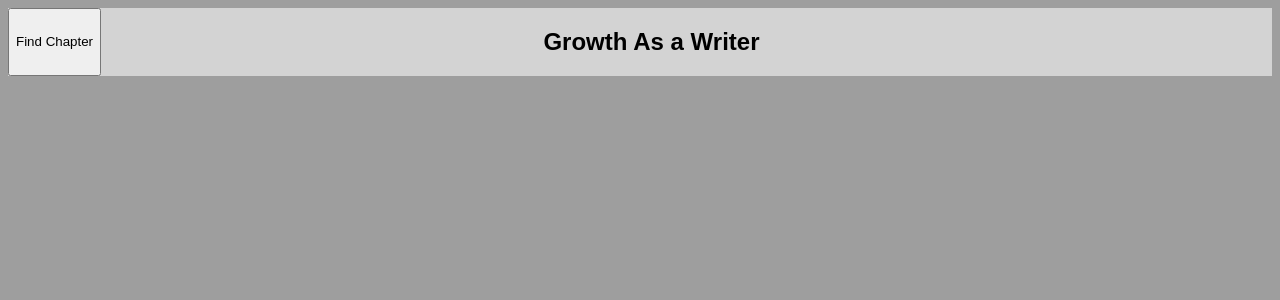
Repository: jpaisiem/WP-4
Page: index.html
An editor plug-in stored every save of this project. The page is shown before and after a run of saves, followed by the edit.
The browser window is 1280 px wide. The pictures show the whole page.

Above is the page before, as saved 2025-04-29 11:56:16.

After the next 2 saves:
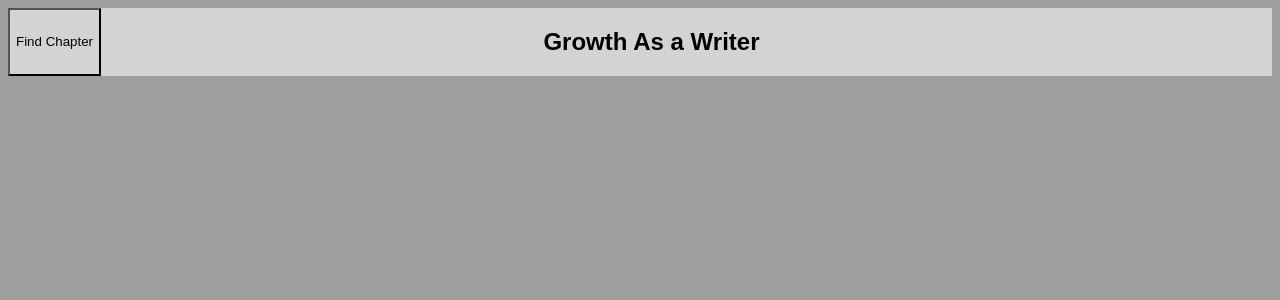
The 2 saves are shown as one change because they came seconds apart.
The last was saved 21 s later.
--- a/index.html
+++ b/index.html
@@ -68,7 +68,7 @@
 </style>
 </head>
 <body>
-<div class="popup" onclick="myFunction()" style=" text-align: left; display: flex; flex-direction: row;"><button style="margin-right: 35%; ">Find Chapter</button><h2>Growth As a Writer</h2>
+<div class="popup" onclick="myFunction()" style=" text-align: left; display: flex; flex-direction: row;"><button style="margin-right: 35%; background-color: lightgray">Find Chapter</button><h2>Growth As a Writer</h2>
   <span class="popuptext" id="myPopup"> <table>
     <tr>
       <td><a href="#">Chapter 1</a></td>

After the save that followed:
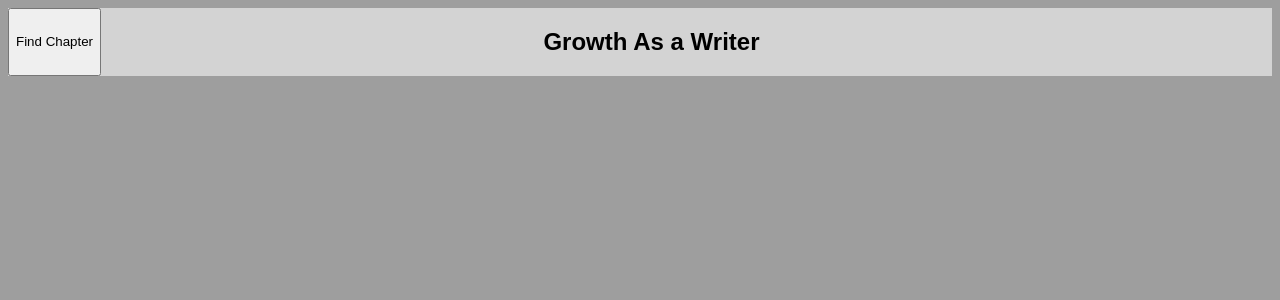
Saved 20 s later.
--- a/index.html
+++ b/index.html
@@ -68,7 +68,7 @@
 </style>
 </head>
 <body>
-<div class="popup" onclick="myFunction()" style=" text-align: left; display: flex; flex-direction: row;"><button style="margin-right: 35%; background-color: lightgray">Find Chapter</button><h2>Growth As a Writer</h2>
+<div class="popup" onclick="myFunction()" style=" text-align: left; display: flex; flex-direction: row;"><button style="margin-right: 35%; background-color: lightgray, border-color: transparent;">Find Chapter</button><h2>Growth As a Writer</h2>
   <span class="popuptext" id="myPopup"> <table>
     <tr>
       <td><a href="#">Chapter 1</a></td>
